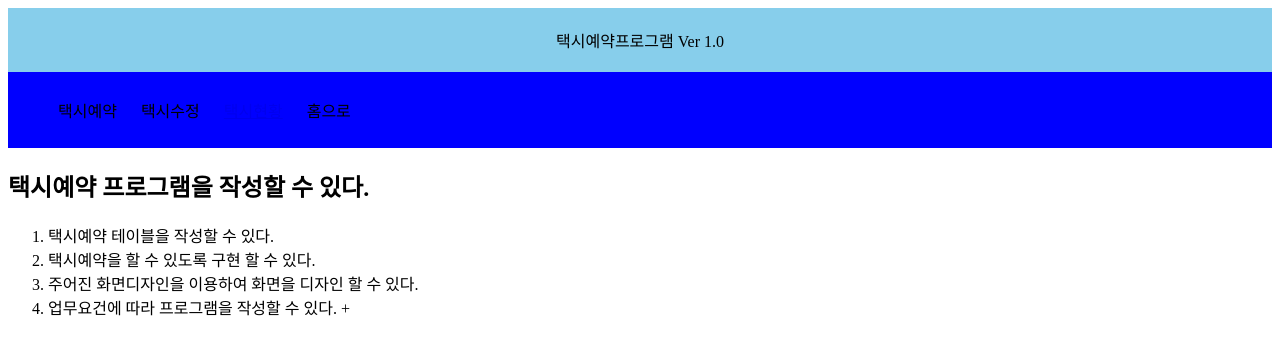
Repository: khs220507/WebClass
Page: http://localhost/prj0828/
These files come from the project's save history. The page is drawn as it stood at one moment and after the next save; the edit follows.
The browser window is 1280 px wide. The pictures show the whole page.
The page is served by Tomcat 9.

Above is the page before, as saved 2023-08-28 06:58:03.

After the next save:
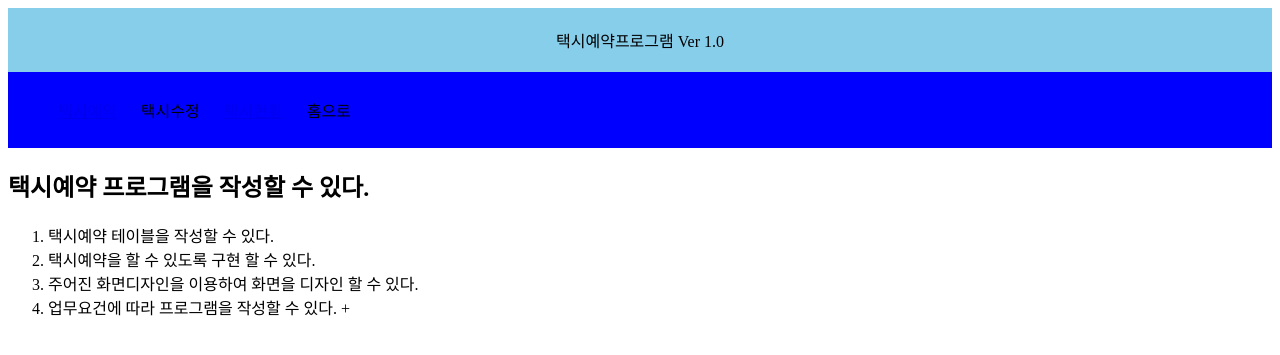
Saved 41 s later.
--- a/prj0828/src/main/webapp/index.jsp
+++ b/prj0828/src/main/webapp/index.jsp
@@ -15,7 +15,7 @@
 
 <nav>
 <ul>
-<li>택시예약</li>
+<li><a href="register_taxi">택시예약</a></li>
 <li>택시수정</li>
 <li><a href="list.jsp">택시현황</a></li>
 <li>홈으로</li>
